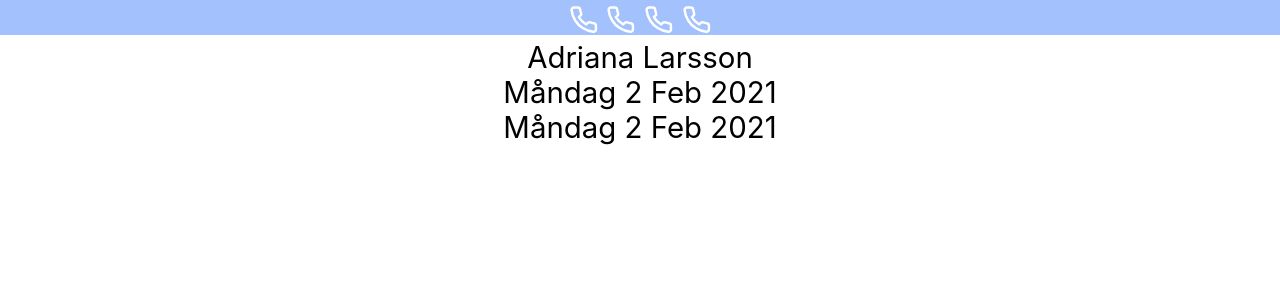
Repository: AdrianaLarsson/learning-react-adriana
Page: /
An editor plug-in stored every save of this project. The page is shown before and after a run of saves, followed by the edit.
The browser window is 1280 px wide. The pictures show the whole page.
The project was rebuilt for these pictures with package versions that can differ from the ones it lists, and the page was loaded fresh each time. Also part of the build but not shown: src/components/pixiLearn/pixi-learning.js, src/components/pixiLearn/reactTimline/timelinegant.js.

Above is the page before, as saved 2021-02-17 13:23:18.

After the next 5 saves:
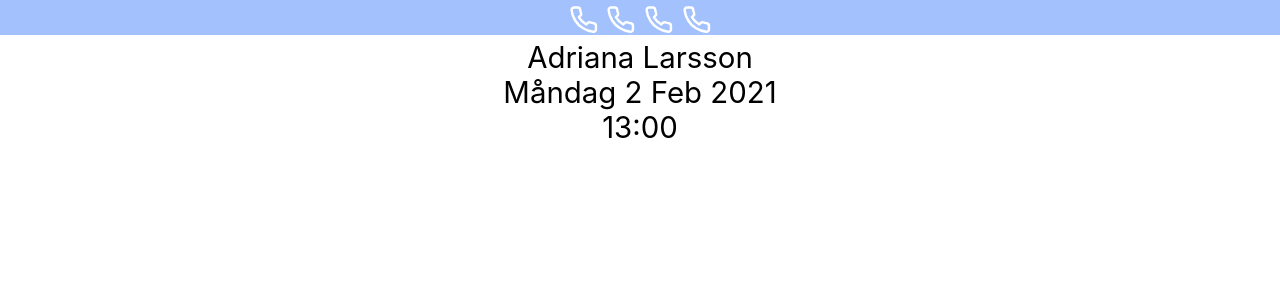
The 5 saves are shown as one change because they came seconds apart.
The last was saved 9 s later.
--- a/src/components/pixiLearn/waypoint-mobile/box-name-day-time.js
+++ b/src/components/pixiLearn/waypoint-mobile/box-name-day-time.js
@@ -9,7 +9,7 @@ function boxNameDayTime() {
   <Row>
     <Col>Adriana Larsson</Col>
     <Col>Måndag 2 Feb 2021</Col>
-    <Col>Måndag 2 Feb 2021</Col>
+    <Col>13:00</Col>
   </Row>
 </Container>
 
